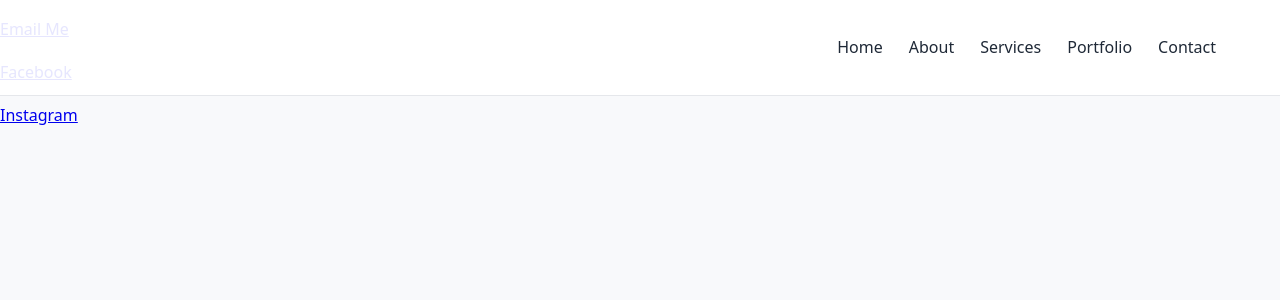
Repository: aljonvega18/Portfolio
Page: contact.html
An editor plug-in stored every save of this project. The page is shown before and after the next save, followed by the edit.
The browser window is 1280 px wide. The pictures show the whole page.

Above is the page before, as saved 2026-02-02 16:55:30.

After the next save:
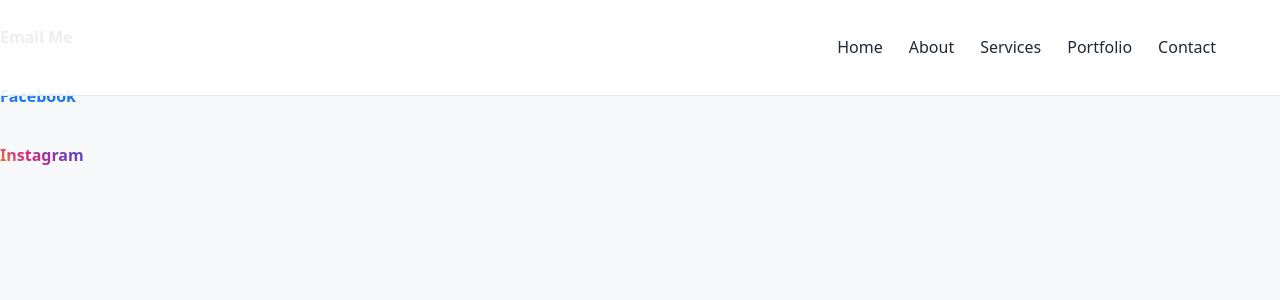
Saved 8 s later.
--- a/style.css
+++ b/style.css
@@ -240,3 +240,42 @@ nav ul { gap: 12px; }
     text-transform: uppercase;
     fill: white;
 }
+
+.contact-links a {
+    display: inline-block;
+    margin: 8px 0;
+    font-weight: 600;
+    text-decoration: none;
+}
+
+/* Email */
+.email {
+    color: #555555;
+}
+.email:hover {
+    color: #000000;
+}
+
+/* Facebook */
+.facebook {
+    color: #1877F2;
+}
+.facebook:hover {
+    color: #145DBF;
+}
+
+/* Instagram */
+.instagram {
+    background: linear-gradient(
+        45deg,
+        #F58529,
+        #DD2A7B,
+        #8134AF,
+        #515BD4
+    );
+    -webkit-background-clip: text;
+    -webkit-text-fill-color: transparent;
+}
+.instagram:hover {
+    opacity: 0.8;
+}
